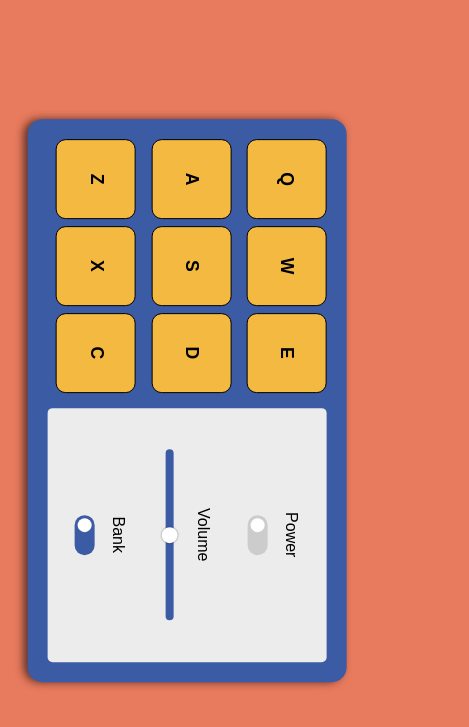
Repository: alfredoleano/drum-machine
Page: /
The author's editor kept a copy of each file at every save. The page is drawn from the files as they stood at one save, then again after the next save.
The browser window is 375 px wide. The page is 469 px wide, so the pictures cover 469 px, including what lies to the right of the window. The pictures show the whole page.
The project was rebuilt for these pictures with package versions that can differ from the ones it lists, and the page was loaded fresh each time.

Above is the page before, as saved 2024-06-11 20:22:07.

After the next save:
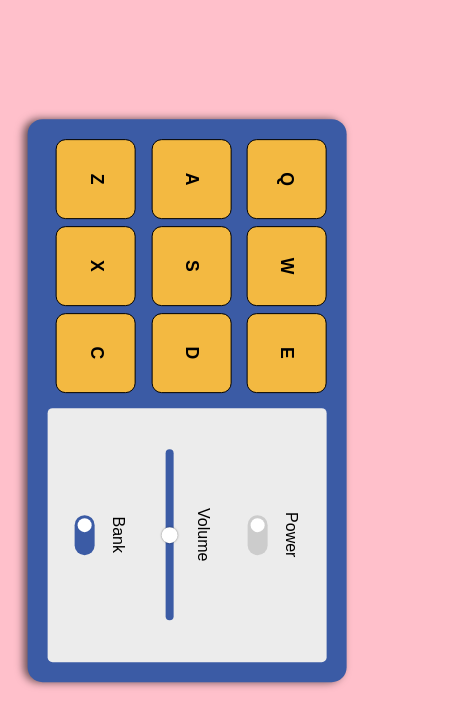
Saved 29 s later.
--- a/src/styles.scss
+++ b/src/styles.scss
@@ -247,6 +247,7 @@ input[type="range"]::-ms-track {
     // height: 120vh;
     width: 150vw;
     overflow: hidden;
+    background-color: pink;
   }
 
   #display {
